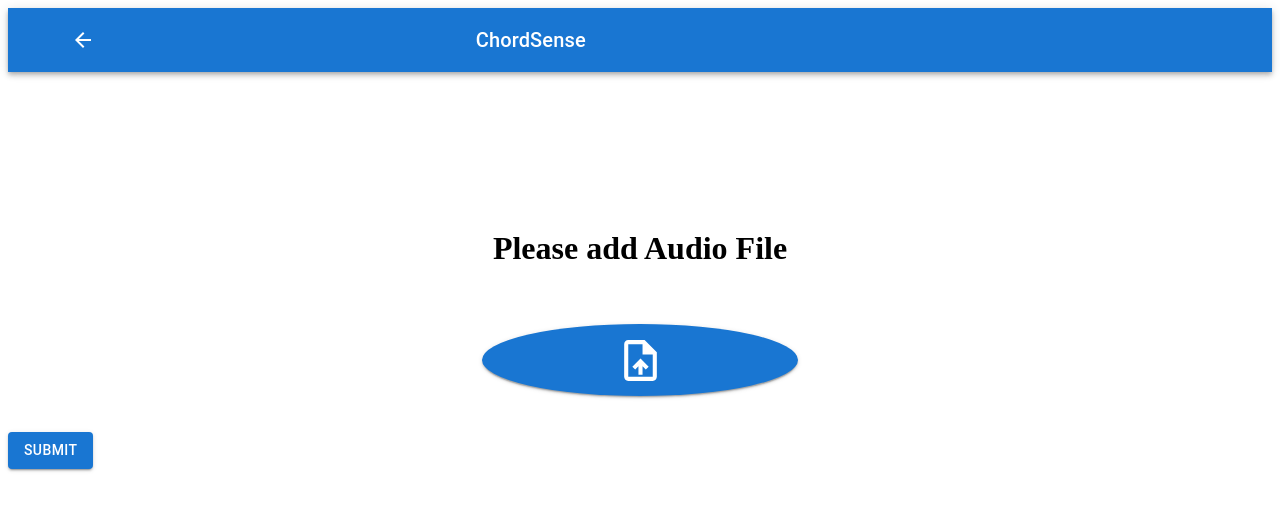
Repository: shamu332/ChordSense
Page: / (app in ui/)
An editor plug-in stored every save of this project. The page is shown before and after a run of saves, followed by the edit.
The browser window is 1280 px wide. The pictures show the whole page.
The project was rebuilt for these pictures with package versions that can differ from the ones it lists, and the page was loaded fresh each time. Also part of the build but not shown: ui/src/pages/Results.js.

Above is the page before, as saved 2023-03-11 14:52:00.

After the next 2 saves:
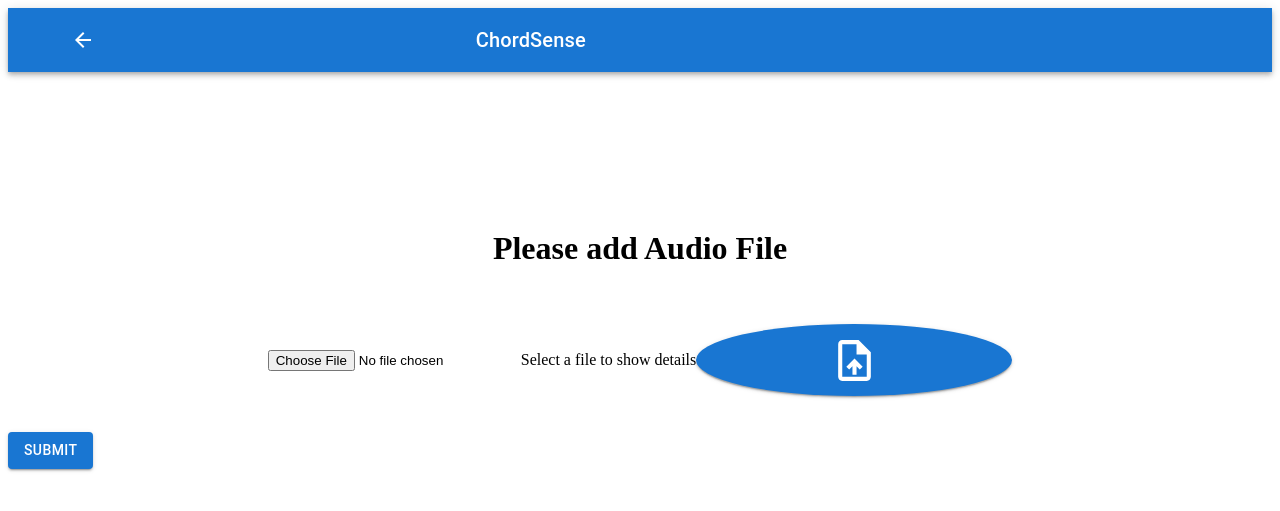
The 2 saves are shown as one change because 1 did not build or start.
The last was saved 23 min 7 s later.
--- a/ui/src/pages/Landing.js
+++ b/ui/src/pages/Landing.js
@@ -1,4 +1,4 @@
-import React, { useState } from "react";
+import React, { useState, ChangeEvent } from "react";
 import Header from "../Header";
 import CircularProgress from "@mui/material/CircularProgress";
 import UploadFileIcon from '@mui/icons-material/UploadFile';
@@ -7,11 +7,21 @@ import { useNavigate } from "react-router-dom";
 
 function Scanner() {
   const [loader, setLoader] = useState(false);
+  const [selectedFile, setSelectedFile] = useState(false);
   let navigate = useNavigate();
 
   function toggleLoader() {
     setLoader(!loader);
   }
+
+
+const changeHandler = (event) => {
+	setSelectedFile(event.target.files[0]);
+	setIsSelected(true);
+};
+
+const handleSubmission = () => {
+};
 
 
   return (
@@ -50,6 +60,20 @@ function Scanner() {
               height:"20vh",
             }}
           >
+            <input type="file" name="file" onChange={changeHandler} />
+            {selectedFile ? (
+				<div>
+					<p>Filename: {selectedFile.name}</p>
+					<p>Filetype: {selectedFile.type}</p>
+					<p>Size in bytes: {selectedFile.size}</p>
+					<p>
+						lastModifiedDate:{' '}
+						{selectedFile.lastModifiedDate.toLocaleDateString()}
+					</p>
+				</div>
+			) : (
+				<p>Select a file to show details</p>
+			)}
             <Button variant="contained"
              style={{
                 width: '25%',
@@ -67,10 +91,8 @@ function Scanner() {
             }}
           >
             <Button
+              onClick={handleSubmission}
               variant="contained"
-              onClick={() => {
-                toggleLoader();
-              }}
             >
               Submit
             </Button>
